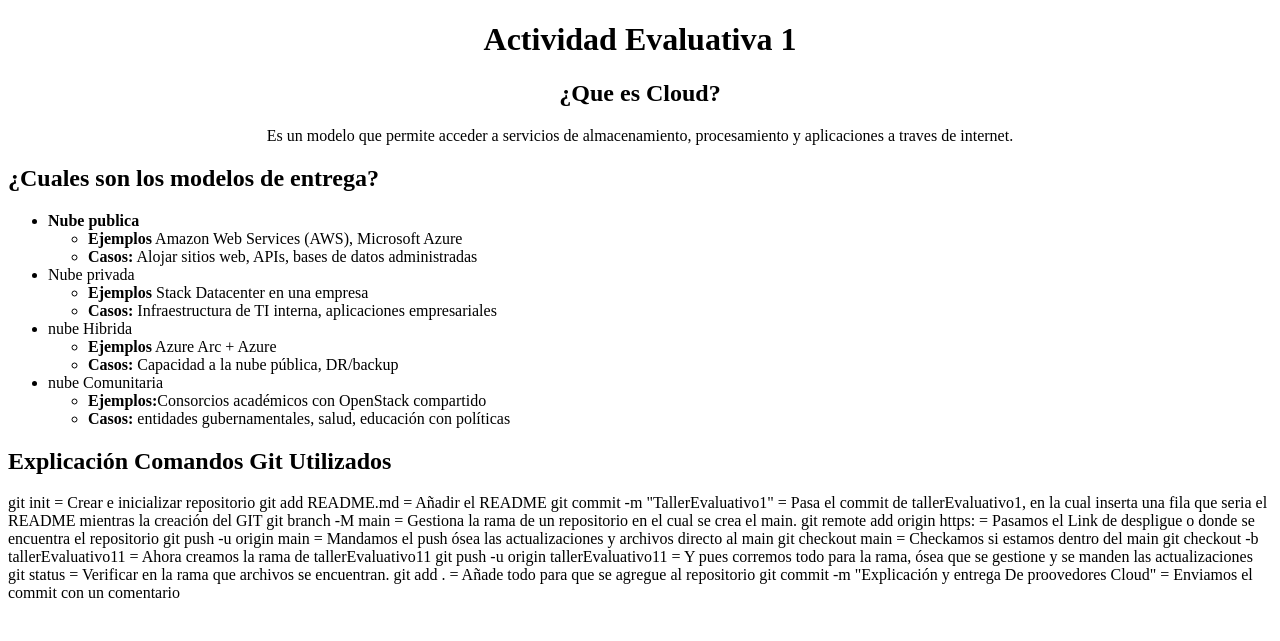
Repository: Laura-Oliveros/Actividad-Evaluativa-1
Page: LauSebas.html
The author's editor kept a copy of each file at every save. The page is drawn from the files as they stood at one save, then again after a run of saves.
The browser window is 1280 px wide. The pictures show the whole page.

Above is the page before, as saved 2025-09-04 19:42:00.

After the next 2 saves:
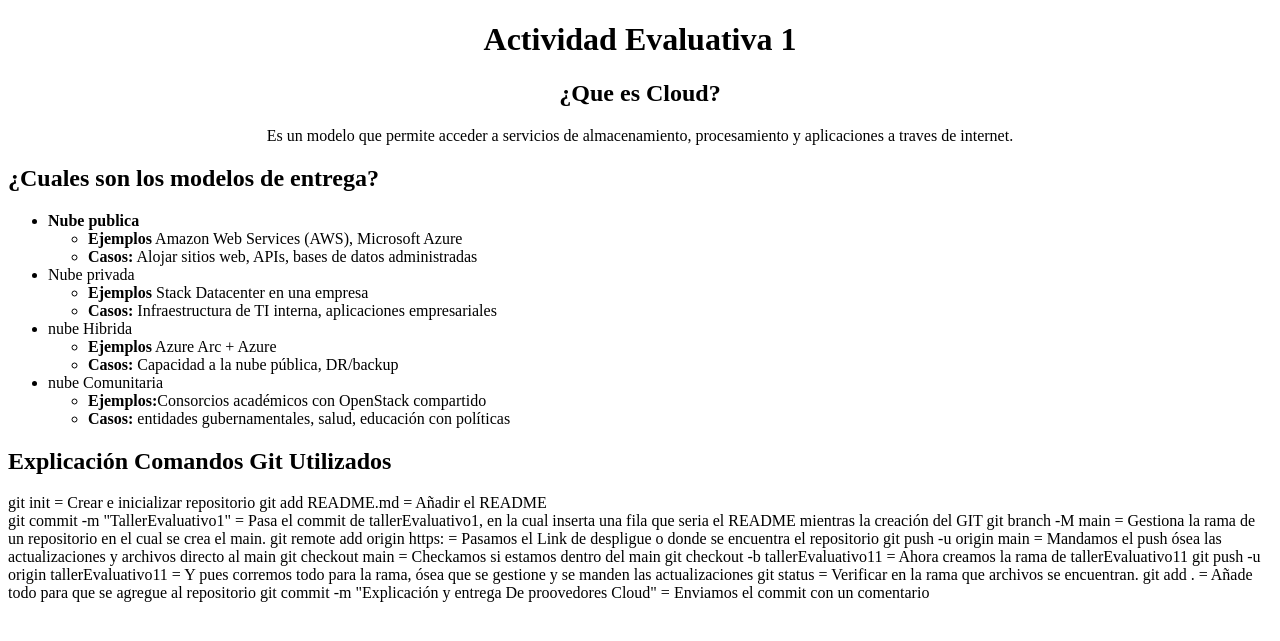
The 2 saves are shown as one change because they came seconds apart.
The last was saved 6 s later.
--- a/LauSebas.html
+++ b/LauSebas.html
@@ -44,7 +44,7 @@
     <div class="contenedor" style="text-align: left;">
         <h2>Explicación Comandos Git Utilizados</h2>
         <p>git init = Crear e inicializar repositorio
-            git add README.md = Añadir el README
+            git add README.md = Añadir el README <br>
             git commit -m "TallerEvaluativo1" = Pasa el commit de tallerEvaluativo1, en la cual inserta una fila que seria el README mientras la creación del GIT
             git branch -M main = Gestiona la rama de un repositorio en el cual se crea el main.
             git remote add origin https: = Pasamos el Link de despligue o donde se encuentra el repositorio
